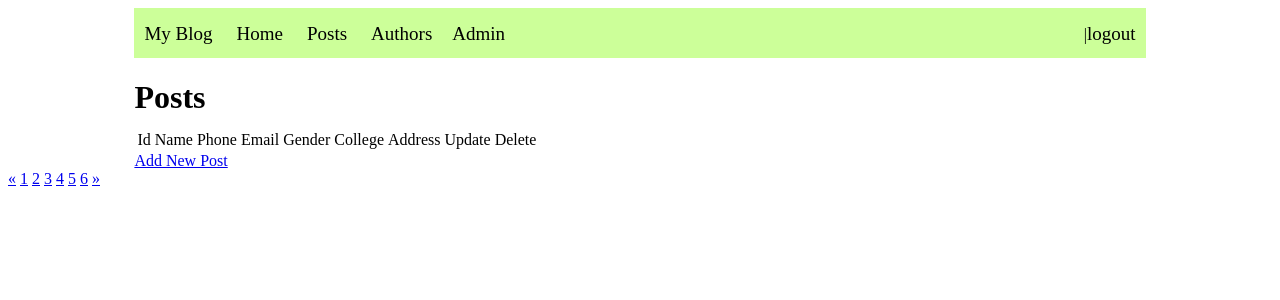
Repository: Software284/servlet-jsp-project
Page: http://localhost/Crud_WIth_Spring_Mvc_and_Hibernate_with_xml/WEB-INF/view/main.jsp
An editor plug-in stored every save of this project. The page is shown before and after the next save, followed by the edit.
The browser window is 1280 px wide. The pictures show the whole page.
The page is served by Tomcat 9. Nobody is signed in. Other server files are loaded and not shown. The template is opened directly, without the code that normally fills it, so the values that code supplies are empty.

Above is the page before, as saved 2020-06-13 20:13:07.

### Crud WIth Spring Mvc and Hibernate with xml/WebContent/WEB-INF/view/main.jsp
<%@ page language="java" contentType="text/html; charset=ISO-8859-1"
    pageEncoding="ISO-8859-1"%>
<%@ taglib uri="http://java.sun.com/jsp/jstl/core" prefix="c"%>

<!DOCTYPE html>
<html>
<head>
	<title>Bootstrap Example</title>
  <meta charset="utf-8">
  <meta name="viewport" content="width=device-width, initial-scale=1">
  <link type="text/css" rel="stylesheet" href="${pageContext.request.contextPath}/resource/css/style.css">
</head>
<body>





   <div class="header">
   	<ul>
   		<li><a href="#">My Blog</a></li>
   		<li><a href="#">Home</a></li>
   		<li class="dropdown">
   			<a href="#" class="dropbtn" >Posts</a>
   			<div class="dropdown-content">
   				<a href="#">Link1</a>
   				<a href="#">Link2</a>
   				<a href="#">Link3</a>
   			</div>
   		</li>
   		<li class="dropdown">
   			<a href="#" class="dropbtn">Authors</a>
   			<div class="dropdown-content">
   				<a href="#">Link1</a>
   				<a href="#">Link2</a>
   				<a href="#">Link3</a>
   			</div>

      <li class="dropdown">
        <a href="#" class="dropbtn">Admin</a>
        <div class="dropdown-content">
          <a href="#">Link1</a>
          <a href="#">Link2</a>
          <a href="#">Link3</a>
        </div>
      </li>

   		</li>
   		<li class="right"><c:out value="${username}"/>|<a href="logout">logout</a></li>
   	</ul>
   </div>
   <h1>Posts</h1>
   <form>
     <table>
       <thead>
              <tr>
        	 <td>Id</td>
             <td>Name</td>
             <td>Phone</td>
             <td>Email</td>
             <td>Gender</td>
             <td>College</td>
             <td>Address</td>
             <td>Update</td>
             <td>Delete</td>
             </tr>
        </thead>
        <tbody>

        <c:forEach var="table" items="${rs.rows}">
             <tr>
               <td><c:out value="${table.title}"/></td>
              <td><c:out value="${table.posted_on}"/></td>
              <td><c:out value="${table.author}"/></td>
              <td><a href="updatepage?id=${table.id}">Update</a></td>
              <td><a href="delete?id=${table.id}">Delete</a></td>
            </tr>
        </c:forEach>

       </tbody>
     </table>
   </form>

   <a href="newpost" style="margin-left: 10%;">Add New Post</a>

   <div class="pagination">
  <a href="#">&laquo;</a>
  <a href="pagination?page=1">1</a>
  <a href="pagination?page=2">2</a>
  <a href="pagination?page=3">3</a>
  <a href="pagination?page=4">4</a>
  <a href="pagination?page=5">5</a>
  <a href="pagination?page=6">6</a>
  <a href="#">&raquo;</a>
</div>

</body>
</html>

### Crud WIth Spring Mvc and Hibernate with xml/WebContent/resource/css/style.css
  	.header
  	{
  	    width: 80%;
  	    height:50px;
  	    margin-left: 10%;
  		background-color: #ccff99;
  		padding:0px;
  	}
  	ul
  	{

  		margin:0px;
  		padding:0px;

  	}
  	ul li
  	{
  		display: inline-block;
  		margin-top: 10px;  		margin-left: 5px;
  		padding: 5px;
  		list-style-type: none;
  		margin-right: 5px;

  	}
  	ul li a
  	{
  		color:#fff;
  		text-decoration: none;
  		font-size: 19px;
  		color:#000;
  	}
  	ul li.right
  	{
  		float:right;
  	}
  	h1
  	{
  		margin-left:10%;
  		margin-bottom: 12px;
  		font-weight: bold;
  	}
  	form
  	{
  		margin-left: 10%;
  		max-width: 300px;
  	}
  input[type=text]
   {
  width: 100%;
  padding: 12px 20px;
  margin: 8px 0;
  box-sizing: border-box;
}
input[type=submit]
{
	width: 100%;
	display: block;
	font-weight: bold;
	font-size: 15px;
	margin-top: 8px;
	background-color: #0000ff;
	color: white;
	padding: 12px 20px;
	opacity: 0.8;
}



.dropdown {
  position: relative;
  display: inline-block;
}

.dropdown-content {
  display: none;
  position: absolute;
  background-color: #f9f9f9;
  min-width: 160px;
  box-shadow: 0px 8px 16px 0px rgba(0,0,0,0.2);
  z-index: 1;
}

.dropdown-content a {
  color: black;
  padding: 12px 16px;
  text-decoration: none;
  display: block;
}

.dropdown-content a:hover {background-color: #f1f1f1}

.dropdown:hover .dropdown-content {
  display: block;
}



  @Media(max-width: 700px)
  {
  	.header ul li a
  	{
  		font-size: 15px;
  	}
  }
   @Media(max-width: 400px)
  {
  	.header ul li a
  	{
  		font-size: 10px;
  	}

  }

After the next save:
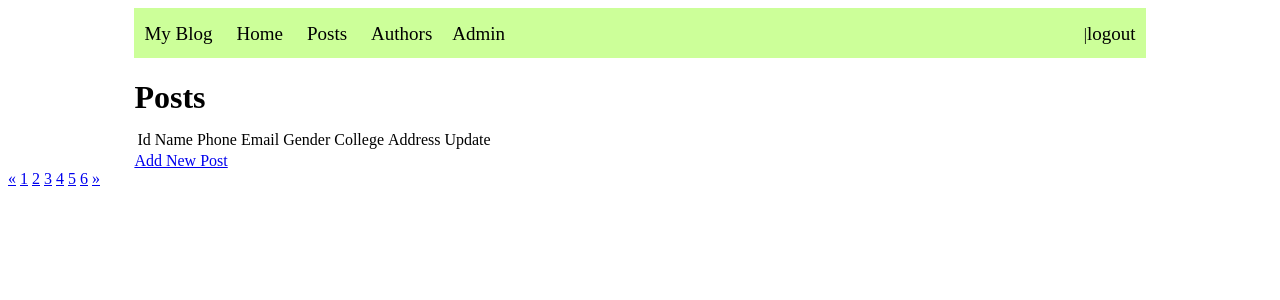
Saved 8 s later.
--- a/Crud WIth Spring Mvc and Hibernate with xml/WebContent/WEB-INF/view/main.jsp
+++ b/Crud WIth Spring Mvc and Hibernate with xml/WebContent/WEB-INF/view/main.jsp
@@ -62,7 +62,6 @@
              <td>College</td>
              <td>Address</td>
              <td>Update</td>
-             <td>Delete</td>
              </tr>
         </thead>
         <tbody>
